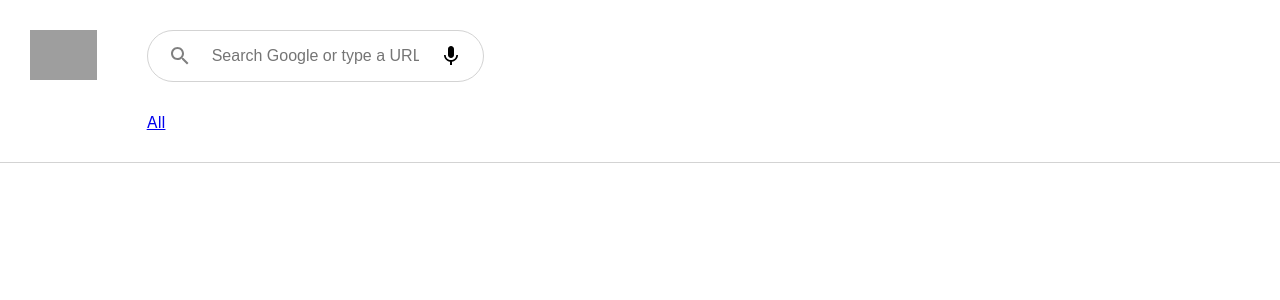
Repository: king-slayer97/google-clone
Page: /search
An editor plug-in stored every save of this project. The page is shown before and after a run of saves, followed by the edit.
The browser window is 1280 px wide. The pictures show the whole page.
Pictures or frames that could not be fetched are drawn as grey boxes. The project was rebuilt for these pictures with package versions that can differ from the ones it lists, and the page was loaded fresh each time. Also part of the build but not shown: src/screens/Home.css, src/components/Header.css, src/components/Header.js, src/screens/Home.js.

Above is the page before, as saved 2020-10-22 00:12:38.

After the next 3 saves:
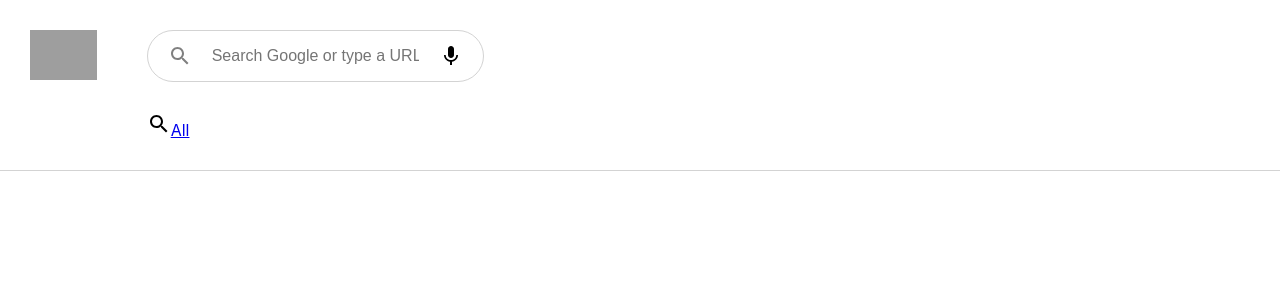
The 3 saves are shown as one change because they came seconds apart.
The last was saved 27 s later.
--- a/src/screens/SearchPage.js
+++ b/src/screens/SearchPage.js
@@ -34,6 +34,7 @@
             <div className="searchPage__options">
                 <div className="searchPage__optionsLeft">
                     <div className="searchPage__option">
+                        <SearchIcon/>
                         <Link to="/all">All</Link>
                     </div>
                     <div className="searchPage__option">
